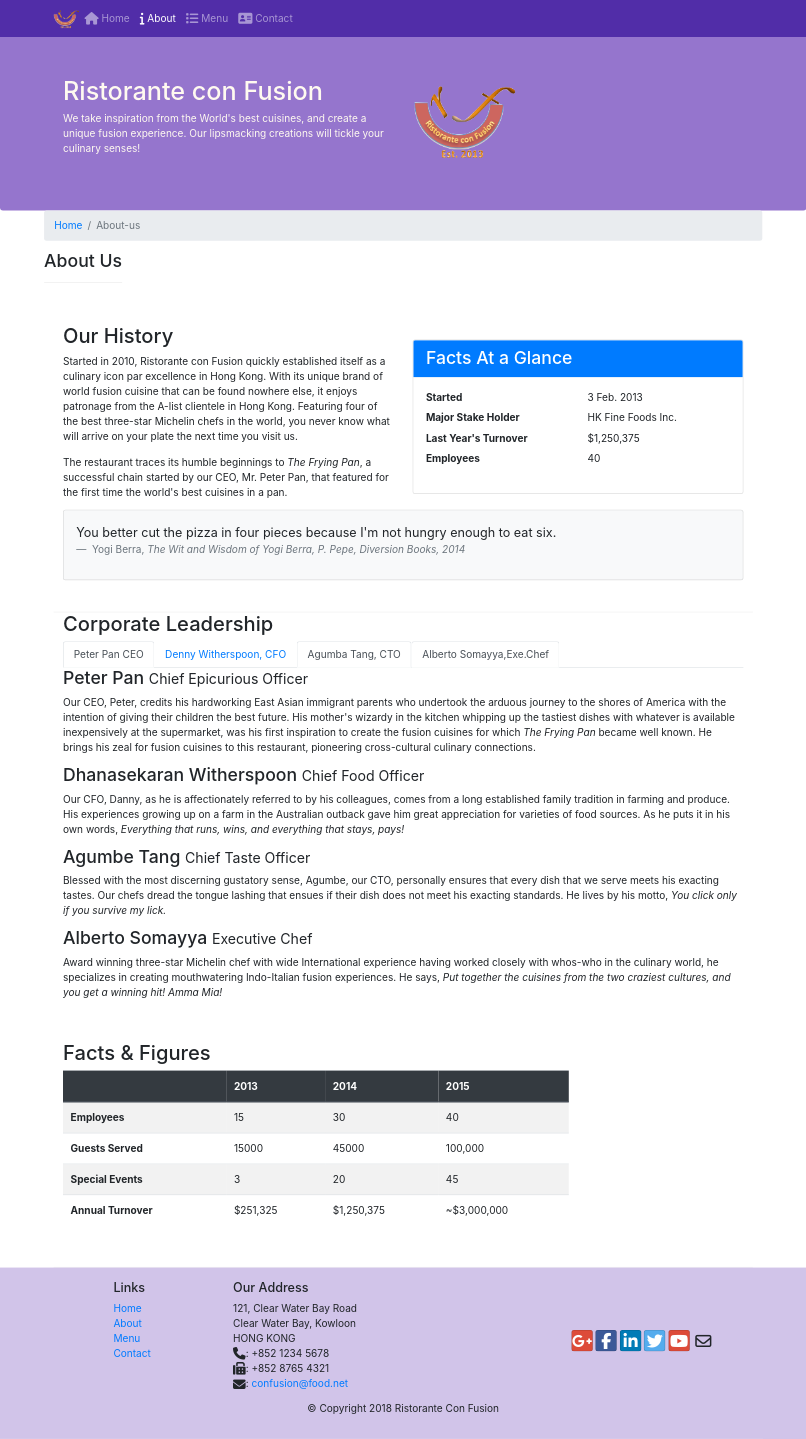
Repository: Samkiroko/Boostrap_intro
Page: about-us.html
The author's editor kept a copy of each file at every save. The page is drawn from the files as they stood at one save, then again after the next save.
The browser window is 1280 px wide. The pictures show the whole page, at 63% of full size.
Some web libraries are served in a nearby version.

Above is the page before, as saved 2020-02-01 13:54:18.

### about-us.html
<!DOCTYPE html>
<html lang="en">
  <head>
    <!-- Required meta tags -->
    <meta charset="utf-8" />
    <meta
      name="viewport"
      content="width=device-width, initial-scale=1, shrink-to-fit=no"
    />

    <!-- Bootstrap CSS -->
    <link
      rel="stylesheet"
      href="https://stackpath.bootstrapcdn.com/bootstrap/4.4.1/css/bootstrap.min.css"
      integrity="sha384-Vkoo8x4CGsO3+Hhxv8T/Q5PaXtkKtu6ug5TOeNV6gBiFeWPGFN9MuhOf23Q9Ifjh"
      crossorigin="anonymous"
    />
    <link rel="stylesheet" href="css/bootstrap-social.css" />
    <link
      rel="stylesheet"
      href="node_modules/font-awesome/css/font-awesome.min.css"
    />
    <link
      rel="stylesheet"
      href="node_modules/bootstrap-social/bootstrap-social.css"
    />
    <link rel="stylesheet" href="css/style.css" />
    <title>Ristorante Con Fusion</title>
  </head>

  <body>
    <nav class="navbar navbar-dark navbar-expand-sm  fixed-top">
      <div class="container">
        <button
          class="navbar-toggler"
          type="button"
          data-toggle="collapse"
          data-target="#Navbar"
        >
          <span class="navbar-toggler-icon"></span>
        </button>
        <a href="#" class="navbar-brand mr-auto"
          ><img src="img/logo.png" height="30" width="41" alt=""
        /></a>
        <div class="collapse navbar-collapse" id="Navbar">
          <ul class="navbar-nav mr-auto">
            <li class="nav-item">
              <a class="nav-link" href="./index.html"
                ><span class="fa fa-home fa-lg"></span> Home</a
              >
            </li>
            <li class="nav-item active">
              <a class="nav-link" href="#"
                ><span class="fa fa-info fa-lg"></span> About</a
              >
            </li>
            <li class="nav-item">
              <a class="nav-link" href="#"
                ><span class="fa fa-list fa-lg"></span> Menu</a
              >
            </li>
            <li class="nav-item">
              <a class="nav-link" href="/contactus.html"
                ><span class="fa fa-address-card fa-lg"></span> Contact</a
              >
            </li>
          </ul>
        </div>
      </div>
    </nav>
    <header class="jumbotron">
      <div class="container">
        <div class="row row-header">
          <div class="col-12 col-sm-6">
            <h1>Ristorante con Fusion</h1>
            <p>
              We take inspiration from the World's best cuisines, and create a
              unique fusion experience. Our lipsmacking creations will tickle
              your culinary senses!
            </p>
          </div>
          <div class="col-12 col-sm align-self-center">
            <img src="img/logo.png" alt="Ristorante logo" class="img-fluid" />
          </div>
        </div>
      </div>
    </header>

    <div class="container">
      <div class="row">
        <ol class="col-12 breadcrumb">
          <li class="breadcrumb-item"><a href="/index.html">Home</a></li>
          <li class="breadcrumb-item active">About-us</li>
        </ol>
        <div>
          <h3>About Us</h3>
          <hr />
        </div>
      </div>

      <div class="row row-content align-items-center">
        <div class="col-12 col-sm-6">
          <h2>Our History</h2>
          <p>
            Started in 2010, Ristorante con Fusion quickly established itself as
            a culinary icon par excellence in Hong Kong. With its unique brand
            of world fusion cuisine that can be found nowhere else, it enjoys
            patronage from the A-list clientele in Hong Kong. Featuring four of
            the best three-star Michelin chefs in the world, you never know what
            will arrive on your plate the next time you visit us.
          </p>
          <p>
            The restaurant traces its humble beginnings to
            <em>The Frying Pan</em>, a successful chain started by our CEO, Mr.
            Peter Pan, that featured for the first time the world's best
            cuisines in a pan.
          </p>
        </div>
        <div class="col-12 col-sm-6">
          <div class="card">
            <h3 class="card-header bg-primary text-white">Facts At a Glance</h3>
            <div class="card-body">
              <dl class="row">
                <dt class="col-6">Started</dt>
                <dd class="col-6">3 Feb. 2013</dd>
                <dt class="col-6">Major Stake Holder</dt>
                <dd class="col-6">HK Fine Foods Inc.</dd>
                <dt class="col-6">Last Year's Turnover</dt>
                <dd class="col-6">$1,250,375</dd>
                <dt class="col-6">Employees</dt>
                <dd class="col-6">40</dd>
              </dl>
            </div>
          </div>
        </div>
        <div class="col-12">
          <div class="card card-body bg-light">
            <blockquote class="blockquote">
              <p class="mb-0">
                You better cut the pizza in four pieces because I'm not hungry
                enough to eat six.
              </p>
              <footer class="blockquote-footer">
                Yogi Berra,
                <cite title="Source Title"
                  >The Wit and Wisdom of Yogi Berra, P. Pepe, Diversion Books,
                  2014</cite
                >
              </footer>
            </blockquote>
          </div>
        </div>
      </div>

      <div class="col">
        <div>
          <h2>Corporate Leadership</h2>

          <ul class="nav nav-tabs">
            <li class="nav-item">
              <a
                href="#peter"
                class="nav-link active"
                role="tab"
                data-toggle="tab"
              >
                Peter Pan CEO
              </a>
            </li>
            <li class="nav-item">
              <a href="#danny" class="nav-link" role="tab" data-toggle="tab">
                Denny Witherspoon, CFO
              </a>
            </li>
            <li class="nav-item">
              <a
                href="#agumba"
                class="nav-link active"
                role="tab"
                data-toggle="tab"
              >
                Agumba Tang, CTO
              </a>
            </li>
            <li class="nav-item">
              <a
                href="#alberto"
                class="nav-link active"
                role="tab"
                data-toggle="tab"
              >
                Alberto Somayya,Exe.Chef
              </a>
            </li>
          </ul>
          <h3>Peter Pan <small>Chief Epicurious Officer</small></h3>
          <p class="d-none d-sm-block">
            Our CEO, Peter, credits his hardworking East Asian immigrant parents
            who undertook the arduous journey to the shores of America with the
            intention of giving their children the best future. His mother's
            wizardy in the kitchen whipping up the tastiest dishes with whatever
            is available inexpensively at the supermarket, was his first
            inspiration to create the fusion cuisines for which
            <em>The Frying Pan</em> became well known. He brings his zeal for
            fusion cuisines to this restaurant, pioneering cross-cultural
            culinary connections.
          </p>
          <h3>Dhanasekaran Witherspoon <small>Chief Food Officer</small></h3>
          <p class="d-none d-sm-block">
            Our CFO, Danny, as he is affectionately referred to by his
            colleagues, comes from a long established family tradition in
            farming and produce. His experiences growing up on a farm in the
            Australian outback gave him great appreciation for varieties of food
            sources. As he puts it in his own words,
            <em
              >Everything that runs, wins, and everything that stays, pays!</em
            >
          </p>
          <h3>Agumbe Tang <small>Chief Taste Officer</small></h3>
          <p class="d-none d-sm-block">
            Blessed with the most discerning gustatory sense, Agumbe, our CTO,
            personally ensures that every dish that we serve meets his exacting
            tastes. Our chefs dread the tongue lashing that ensues if their dish
            does not meet his exacting standards. He lives by his motto,
            <em>You click only if you survive my lick.</em>
          </p>
          <h3>Alberto Somayya <small>Executive Chef</small></h3>
          <p class="d-none d-sm-block">
            Award winning three-star Michelin chef with wide International
            experience having worked closely with whos-who in the culinary
            world, he specializes in creating mouthwatering Indo-Italian fusion
            experiences. He says,
            <em
              >Put together the cuisines from the two craziest cultures, and you
              get a winning hit! Amma Mia!</em
            >
          </p>
        </div>
      </div>
      <div class="row row-content">
        <div class="col-12 col-sm-9">
          <h2>Facts &amp; Figures</h2>
          <div class="table-responsive">
            <table class="table table-striped">
              <thead class="thead-dark">
                <tr>
                  <th>&nbsp;</th>
                  <th>2013</th>
                  <th>2014</th>
                  <th>2015</th>
                </tr>
              </thead>
              <tbody>
                <tr>
                  <th>Employees</th>
                  <td>15</td>
                  <td>30</td>
                  <td>40</td>
                </tr>
                <tr>
                  <th>Guests Served</th>
                  <td>15000</td>
                  <td>45000</td>
                  <td>100,000</td>
                </tr>
                <tr>
                  <th>Special Events</th>
                  <td>3</td>
                  <td>20</td>
                  <td>45</td>
                </tr>
                <tr>
                  <th>Annual Turnover</th>
                  <td>$251,325</td>
                  <td>$1,250,375</td>
                  <td>~$3,000,000</td>
                </tr>
              </tbody>
            </table>
          </div>
        </div>
        <div class="col-12 colsm3"></div>
      </div>
    </div>

    <footer class="footer">
      <div class="container">
        <div class="row">
          <div class="col-4 offset-1 col-sm-2">
            <h5>Links</h5>
            <ul class="list-unstyled">
              <li><a href="/index.html">Home</a></li>
              <li><a href="/about-us.html">About</a></li>
              <li><a href="#">Menu</a></li>
              <li><a href="#">Contact</a></li>
            </ul>
          </div>
          <div class="col-7 col-sm-5">
            <h5>Our Address</h5>
            <address>
              121, Clear Water Bay Road<br />
              Clear Water Bay, Kowloon<br />
              HONG KONG<br />
              <i class="fa fa-phone fa-lg"></i>: +852 1234 5678<br />
              <i class="fa fa-fax fa-lg"></i>: +852 8765 4321<br />
              <i class="fa fa-envelope fa-lg"></i>:
              <a href="mailto:confusion@food.net">confusion@food.net</a>
            </address>
          </div>
          <div class="col-12 col-sm-4 align-self-center">
            <div class="text-center">
              <div class="text-center">
                <a
                  class="btn btn-social-icon btn-google"
                  href="http://google.com/+"
                  ><i class="fa fa-google-plus"></i
                ></a>
                <a
                  class="btn btn-social-icon btn-facebook"
                  href="http://www.facebook.com/profile.php?id="
                  ><i class="fa fa-facebook"></i
                ></a>
                <a
                  class="btn btn-social-icon btn-linkedin"
                  href="http://www.linkedin.com/in/"
                  ><i class="fa fa-linkedin"></i
                ></a>
                <a
                  class="btn btn-social-icon btn-twitter"
                  href="http://twitter.com/"
                  ><i class="fa fa-twitter"></i
                ></a>
                <a
                  class="btn btn-social-icon btn-google"
                  href="http://youtube.com/"
                  ><i class="fa fa-youtube"></i
                ></a>
                <a class="btn btn-social-icon" href="mailto:"
                  ><i class="fa fa-envelope-o"></i
                ></a>
              </div>
            </div>
          </div>
        </div>
        <div class="row justify-content-center">
          <div class="col-auto">
            <p>© Copyright 2018 Ristorante Con Fusion</p>
          </div>
        </div>
      </div>
    </footer>
    <!-- Optional JavaScript -->
    <!-- jQuery first, then Popper.js, then Bootstrap JS -->
    <script
      src="https://code.jquery.com/jquery-3.4.1.slim.min.js"
      integrity="sha384-J6qa4849blE2+poT4WnyKhv5vZF5SrPo0iEjwBvKU7imGFAV0wwj1yYfoRSJoZ+n"
      crossorigin="anonymous"
    ></script>
    <script
      src="https://cdn.jsdelivr.net/npm/popper.js@1.16.0/dist/umd/popper.min.js"
      integrity="sha384-Q6E9RHvbIyZFJoft+2mJbHaEWldlvI9IOYy5n3zV9zzTtmI3UksdQRVvoxMfooAo"
      crossorigin="anonymous"
    ></script>
    <script
      src="https://stackpath.bootstrapcdn.com/bootstrap/4.4.1/js/bootstrap.min.js"
      integrity="sha384-wfSDF2E50Y2D1uUdj0O3uMBJnjuUD4Ih7YwaYd1iqfktj0Uod8GCExl3Og8ifwB6"
      crossorigin="anonymous"
    ></script>
  </body>
</html>

### css/style.css
body {
  padding: 50px 0px 0px 0px;
  z-index: 0;
}

.navbar-dark {
  background-color: #512da8;
}

.row-header {
  margin: 0px auto;
  padding: 0px auto;
}

.row-content {
  margin: 0px auto;
  padding: 50px 0px 50px 0px;
  border-bottom: 1px ridge;
  min-height: 400px;
}
.footer {
  background-color: #d1c4e9;
  margin: 0px auto;
  padding: 20px 0px 20px 0px;
}
.jumbotron {
  padding: 70px 30px 70px 30px;
  margin: 0px auto;
  background-color: #9575cd;
  color: floralwhite;
}
.address {
  font-size: 80%;
  margin: 0px;
  color: #0f0f0f;
}

Loaded but not shown: css/bootstrap-social.css (library)

After the next save:
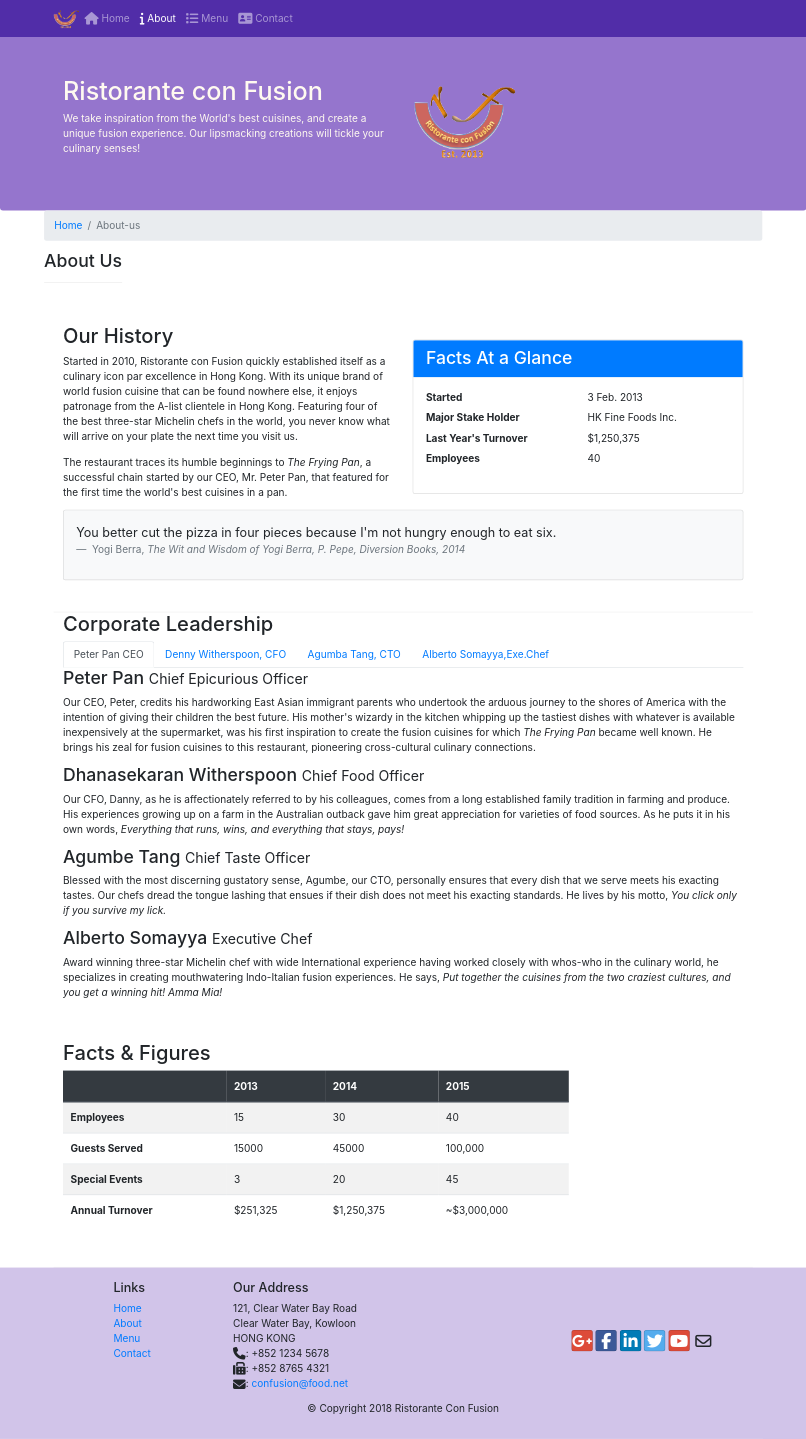
Saved 29 s later.
--- a/about-us.html
+++ b/about-us.html
@@ -173,22 +173,12 @@
               </a>
             </li>
             <li class="nav-item">
-              <a
-                href="#agumba"
-                class="nav-link active"
-                role="tab"
-                data-toggle="tab"
-              >
+              <a href="#agumba" class="nav-link " role="tab" data-toggle="tab">
                 Agumba Tang, CTO
               </a>
             </li>
             <li class="nav-item">
-              <a
-                href="#alberto"
-                class="nav-link active"
-                role="tab"
-                data-toggle="tab"
-              >
+              <a href="#alberto" class="nav-link " role="tab" data-toggle="tab">
                 Alberto Somayya,Exe.Chef
               </a>
             </li>
